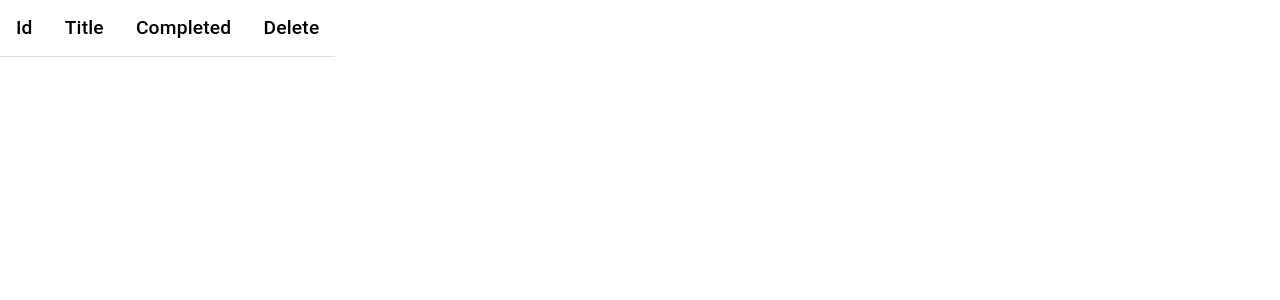
Repository: lalji-yadav/Register-Login-and-CRUD-using-token-and-Without-token-based
Page: /table
An editor plug-in stored every save of this project. The page is shown before and after the next save, followed by the edit.
The browser window is 1280 px wide. The pictures show the whole page.
The page's requests for data from a server got no answer. The project was rebuilt for these pictures with package versions that can differ from the ones it lists, and the page was loaded fresh each time. No one was signed in, and anything a server would have sent is missing. Also part of the build but not shown: src/App.css, src/auth/login.js, src/auth/register.js, src/components/reg.js.

Above is the page before, as saved 2021-02-02 20:44:37.

After the next save:
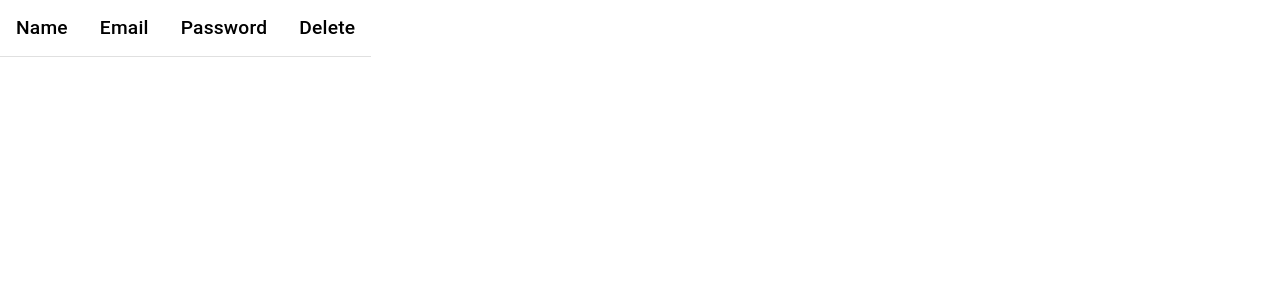
Saved 35 s later.
--- a/src/components/table.js
+++ b/src/components/table.js
@@ -24,11 +24,11 @@ const Tables = () => {
                     <TableHead>
                         <TableRow>
                             <TableCell style={{ fontSize: "1.5vw", color: "black" }}
-                             align="center">Id</TableCell>
+                             align="center">Name</TableCell>
                             <TableCell style={{ fontSize: "1.5vw", color: "black" }}
-                            align="center">Title</TableCell>
+                            align="center">Email</TableCell>
                             <TableCell style={{ fontSize: "1.5vw", color: "black" }}
-                            align="center">Completed</TableCell>
+                            align="center">Password</TableCell>
                             <TableCell style={{ fontSize: "1.5vw", color: "black" }}
                             align="center">Delete</TableCell>
                         </TableRow>
